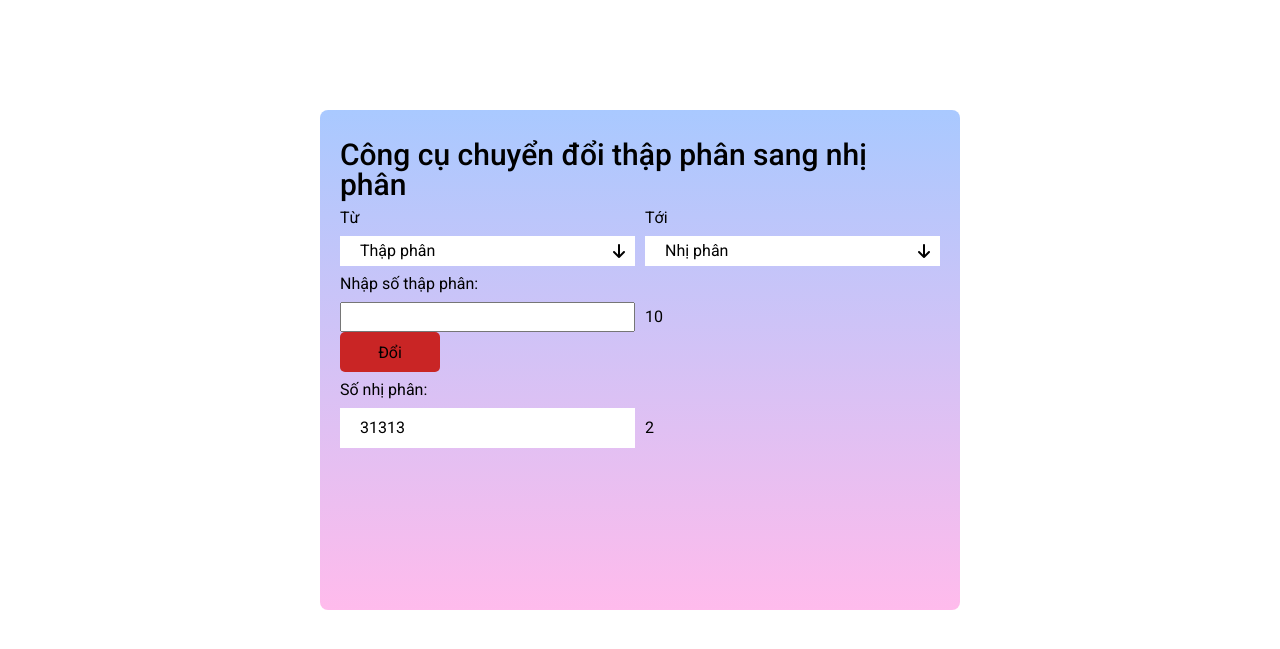
Repository: thuanpham00/covertNumber
Page: index.html
These files come from the project's save history. The page is drawn as it stood at one moment and after the next save; the edit follows.
The browser window is 1280 px wide. The pictures show the whole page.
Some web libraries are served in a nearby version. The style sheet was rebuilt from its Sass, Less or Tailwind sources for each picture, by a compiler version that may differ from the author's.

Above is the page before, as saved 2023-11-03 02:22:54.

### index.html
<!DOCTYPE html>
<html lang="en">
    <head>
        <meta charset="UTF-8" />
        <meta name="viewport" content="width=device-width, initial-scale=1.0" />
        <title>Convert Number</title>
        <link rel="stylesheet" href="./assets/css/main.css" />
        <link rel="preconnect" href="https://fonts.googleapis.com" />
        <link rel="preconnect" href="https://fonts.gstatic.com" crossorigin />
        <link
            href="https://fonts.googleapis.com/css2?family=Roboto:wght@400;500;700;900&display=swap"
            rel="stylesheet"
        />
        <script src="https://kit.fontawesome.com/3115b3f4f1.js"></script>
    </head>
    <body>
        <div class="container">
            <h1 class="title">Công cụ chuyển đổi thập phân sang nhị phân</h1>
            <div class="row">
                <span class="row__desc">Từ</span>
                <span class="row__desc">Tới</span>
            </div>
            <div class="row">
                <div class="row__type">
                    <div class="row__item">Thập phân</div>
                    <div class="row__icon">
                        <i class="fa-solid fa-arrow-down"></i>
                    </div>
                </div>
                <div class="row__type">
                    <div class="row__item">Nhị phân</div>
                    <div class="row__icon">
                        <i class="fa-solid fa-arrow-down"></i>
                    </div>
                </div>
            </div>
            <div class="container__wrapper">
                <div class="desc">Nhập số thập phân:</div>
                <form class="form">
                    <div class="row">
                        <input
                            type="text"
                            class="form__input"
                            name="numberInput"
                            required
                        />
                        <span>10</span>
                    </div>
                    <input type="submit" class="form__submit" value="Đổi" />
                </form>

                <div class="desc">Số nhị phân:</div>
                <div class="row">
                    <div class="result">
                        <span class="result__inner">31313</span>
                    </div>
                    <span>2</span>
                </div>
            </div>
        </div>
    </body>
</html>

### scss/main.scss
html,
body,
div,
span,
applet,
object,
iframe,
h1,
h2,
h3,
h4,
h5,
h6,
p,
blockquote,
pre,
a,
abbr,
acronym,
address,
big,
cite,
code,
del,
dfn,
em,
img,
ins,
kbd,
q,
s,
samp,
small,
strike,
strong,
sub,
sup,
tt,
var,
b,
u,
i,
center,
dl,
dt,
dd,
ol,
ul,
li,
fieldset,
form,
label,
legend,
table,
caption,
tbody,
tfoot,
thead,
tr,
th,
td,
article,
aside,
canvas,
details,
embed,
figure,
figcaption,
footer,
header,
hgroup,
menu,
nav,
output,
ruby,
section,
summary,
time,
mark,
audio,
video {
    margin: 0;
    padding: 0;
    border: 0;
    font-size: 100%;
    font: inherit;
    vertical-align: baseline;
}
/* HTML5 display-role reset for older browsers */
article,
aside,
details,
figcaption,
figure,
footer,
header,
hgroup,
menu,
nav,
section {
    display: block;
}
body {
    line-height: 1;
}
ol,
ul {
    list-style: none;
}
blockquote,
q {
    quotes: none;
}
blockquote:before,
blockquote:after,
q:before,
q:after {
    content: "";
    content: none;
}
table {
    border-collapse: collapse;
    border-spacing: 0;
}

*,
::after,
::before {
    box-sizing: border-box;
}

html {
    font-size: 62.5%;
}

body {
    background: #fff;
    font-size: 1.6rem;
    font-family: "Roboto", sans-serif;
}

input,
select,
textarea,
button {
    font-size: inherit;
    font-family: inherit;
}

.container {
    background-color: #a9c9ff;
    background-image: linear-gradient(180deg, #a9c9ff 0%, #ffbbec 100%);

    border-radius: 8px;
    padding: 10px 20px;
    height: 500px;
    position: absolute;
    top: 50%;
    left: 50%;
    transform: translate(-50%, -50%);

    .title {
        margin-top: 20px;
        font-size: 3rem;
        font-weight: 500;
    }

    .row {
        margin-top: 10px;
        display: grid;
        align-items: center;
        grid-template-columns: 1fr 1fr;
        column-gap: 10px;

        .row__type {
            display: flex;
            align-items: center;
            justify-content: space-between;
            padding-left: 20px;
            padding-right: 10px;
            height: 30px;
            width: 100%;
            background: #fff;

            pointer-events: none;

            > i {
                font-size: 0.6rem;
            }
        }

        .result {
            width: 100%;
            height: 40px;
            background: #fff;
            display: flex;
            align-items: center;
            padding-left: 20px;
        }
    }

    .desc {
        margin-top: 10px;
    }

    .form__input {
        height: 30px;
        padding: 5px 0px 5px 20px;
        outline: none;
    }

    .form__submit {
        width: 100px;
        height: 40px;
        border-radius: 5px;
        background: #c92525;
        outline: none;
        border: none;
    }
}

After the next save:
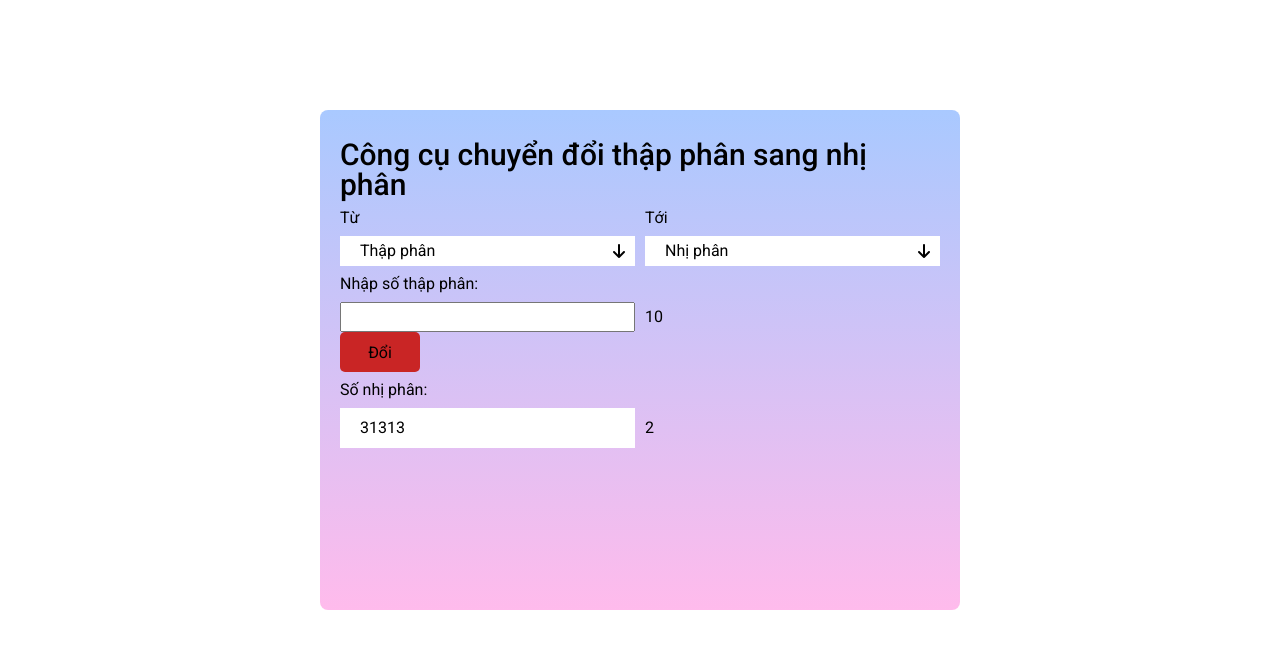
Saved 4 s later.
--- a/scss/main.scss
+++ b/scss/main.scss
@@ -210,7 +210,7 @@ button {
     }
 
     .form__submit {
-        width: 100px;
+        width: 80px;
         height: 40px;
         border-radius: 5px;
         background: #c92525;
